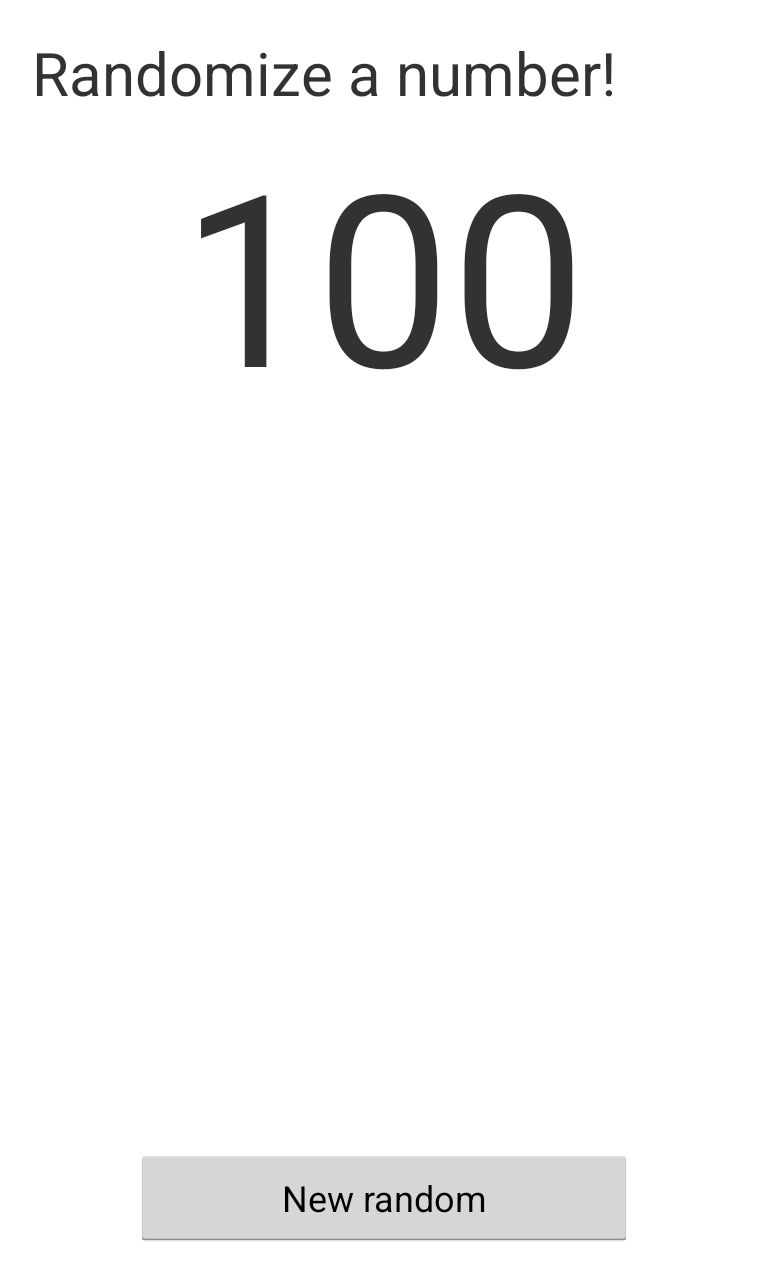
Repository: me222rs/AndroidLab1
Layout: Lab1/res/layout/activity_main.xml
An editor plug-in stored every save of this project. The layout is shown before and after the next save, followed by the edit.
It is drawn on a 768 x 1280 px phone screen (xhdpi) without system bars, with theme AppTheme; the app's code is not run.

Above is the layout before, as saved 2014-11-14 10:00:07.

After the next save:
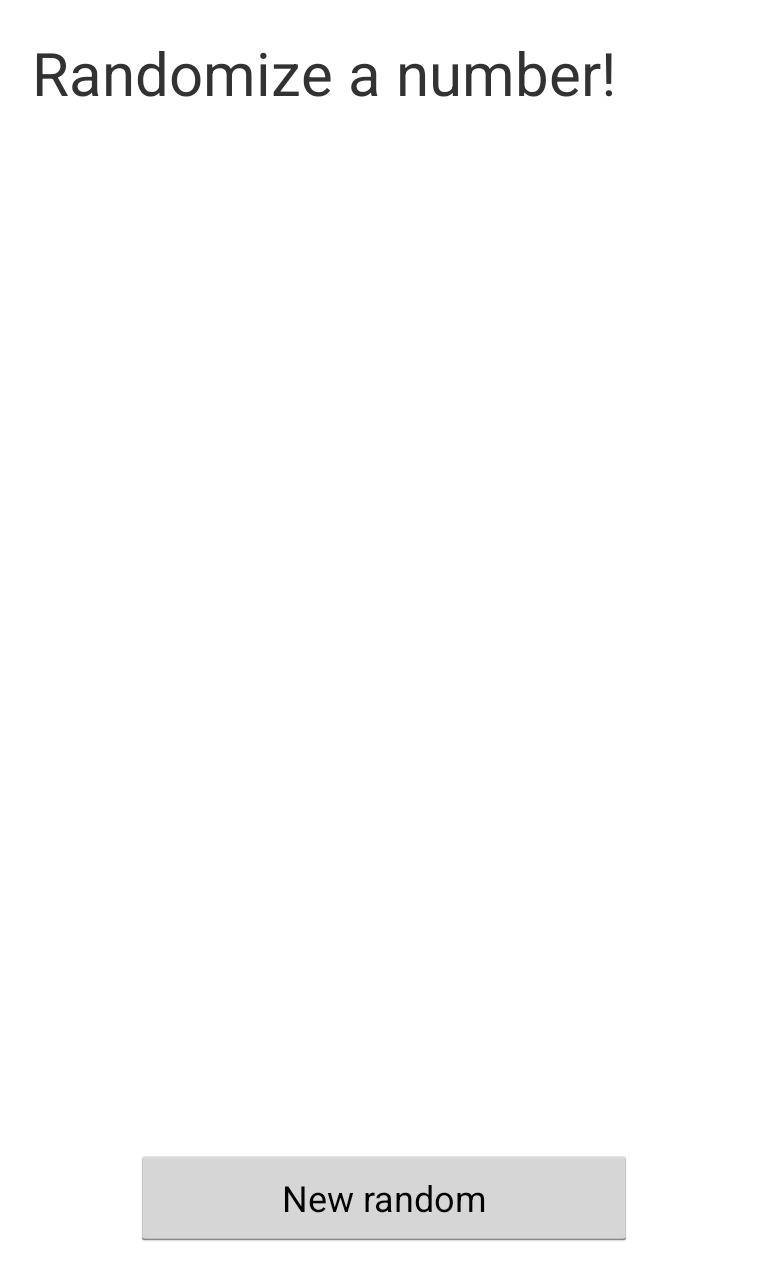
Saved 69 s later.
--- a/Lab1/res/layout/activity_main.xml
+++ b/Lab1/res/layout/activity_main.xml
@@ -24,7 +24,7 @@
         <TextView
 
        	android:id="@+id/randomText"
-        android:layout_width="wrap_content"
+        android:layout_width="0dp"
         android:layout_height="wrap_content"
         android:layout_weight="1"
         android:text="100"

After the save that followed:
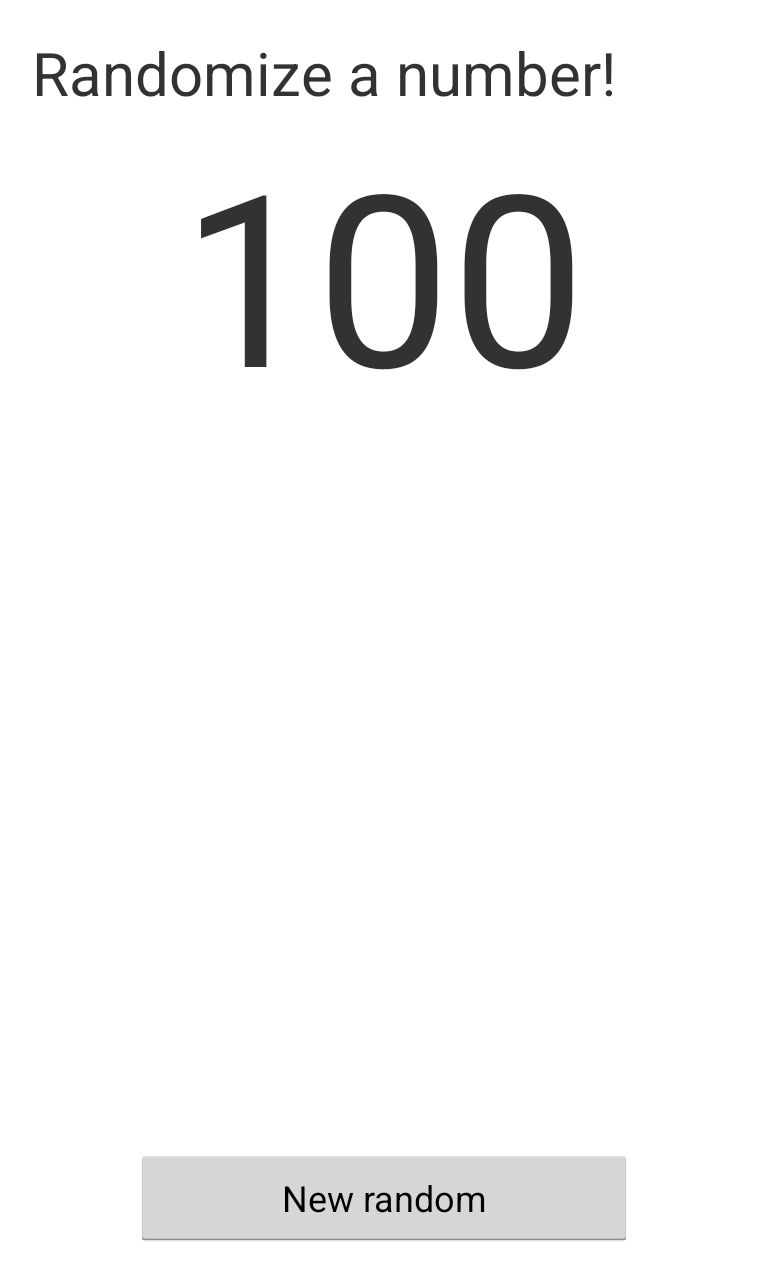
Saved 31 s later.
--- a/Lab1/res/layout/activity_main.xml
+++ b/Lab1/res/layout/activity_main.xml
@@ -24,7 +24,7 @@
         <TextView
 
        	android:id="@+id/randomText"
-        android:layout_width="0dp"
+        android:layout_width="wrap_content"
         android:layout_height="wrap_content"
         android:layout_weight="1"
         android:text="100"
